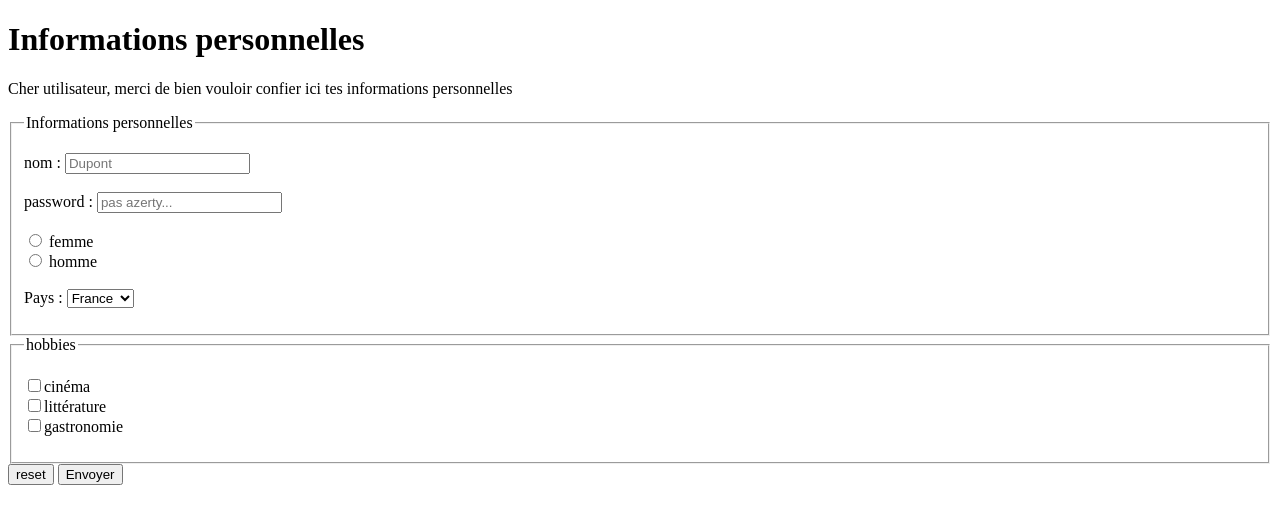
Repository: FabiendeBelleville/test
Page: GTM-eclipse-workspace-Fabien_Drouin/TPSimpleJspServlet3Redir/WebContent/formulaire.html
The author's editor kept a copy of each file at every save. The page is drawn from the files as they stood at one save, then again after the next save.
The browser window is 1280 px wide. The pictures show the whole page.

Above is the page before, as saved 2018-10-02 08:18:48.

After the next save:
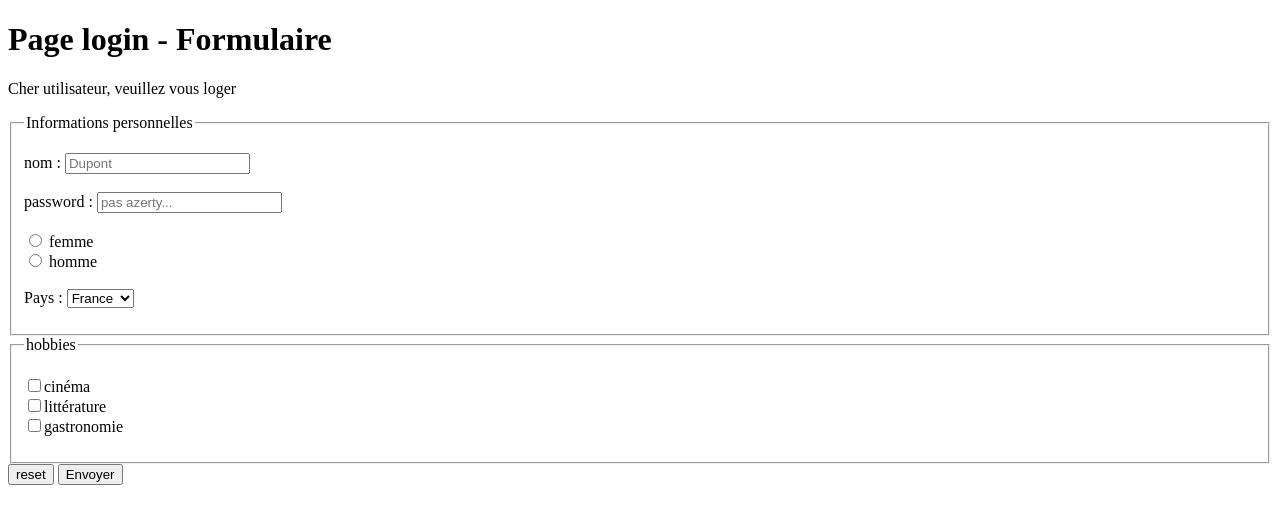
Saved 56 s later.
--- a/GTM-eclipse-workspace-Fabien_Drouin/TPSimpleJspServlet3Redir/WebContent/formulaire.html
+++ b/GTM-eclipse-workspace-Fabien_Drouin/TPSimpleJspServlet3Redir/WebContent/formulaire.html
@@ -2,13 +2,12 @@
 <html>
 <head>
 <meta charset="ISO-8859-1">
-<title>Formulaire</title>
+<title>TPSimpleJspServlet3Redir</title>
 </head>
 <body>
 
-	<h1>Informations personnelles</h1>
-	<p>Cher utilisateur, merci de bien vouloir confier ici tes
-		informations personnelles</p>
+	<h1>Page login - Formulaire</h1>
+	<p>Cher utilisateur, veuillez vous loger</p>
 
 	<form method="post" action="CestQui">
 		<fieldset>
